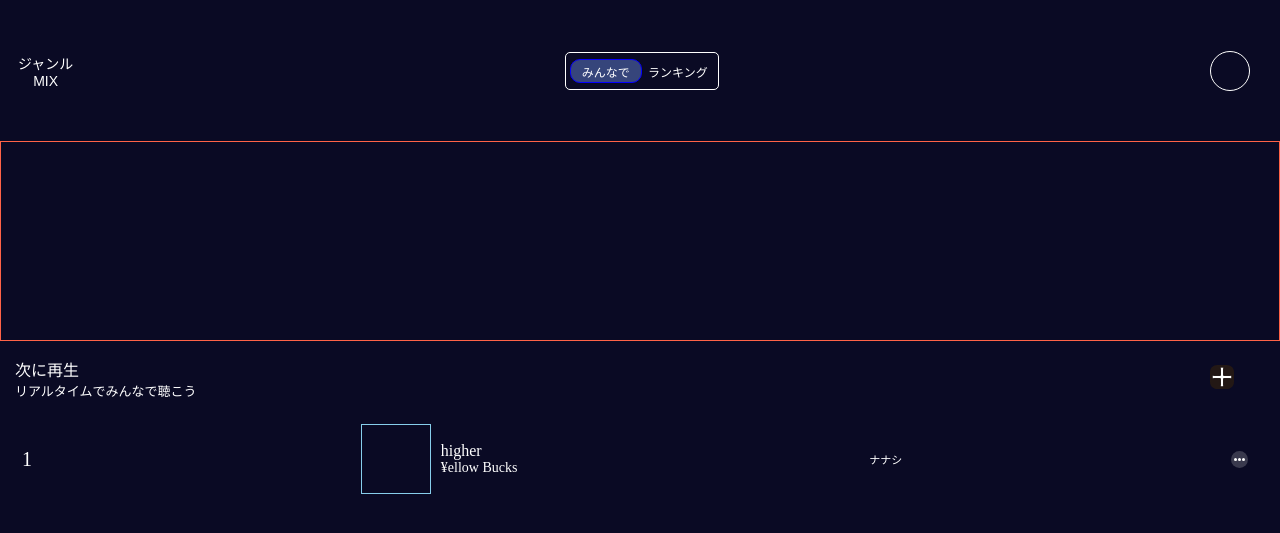
Repository: FujieRyou/2024_team
Page: /LoggedIn
An editor plug-in stored every save of this project. The page is shown before and after the next save, followed by the edit.
The browser window is 1280 px wide. The pictures show the whole page.
The project was rebuilt for these pictures with package versions that can differ from the ones it lists, and the page was loaded fresh each time. The framework's server and built-in components were replaced by stand-ins that run in the browser. Also part of the build but not shown: next.config.js.

Above is the page before, as saved 2024-01-11 12:28:49.

After the next save:
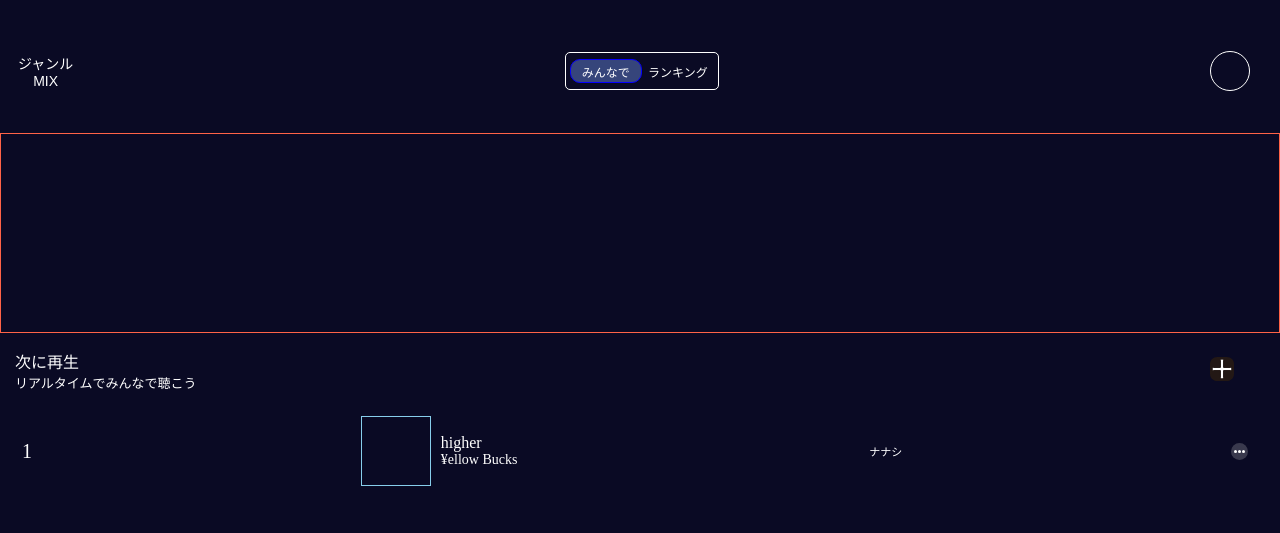
Saved 18 s later.
--- a/src/styles/index.css
+++ b/src/styles/index.css
@@ -170,7 +170,7 @@ header{
     display: flex;
     align-items: center;
     justify-content: space-between;
-    padding: 51px 30px 50px 18px;
+    padding: 51px 30px 42px 18px;
 }
 
 .genre_wrap{
